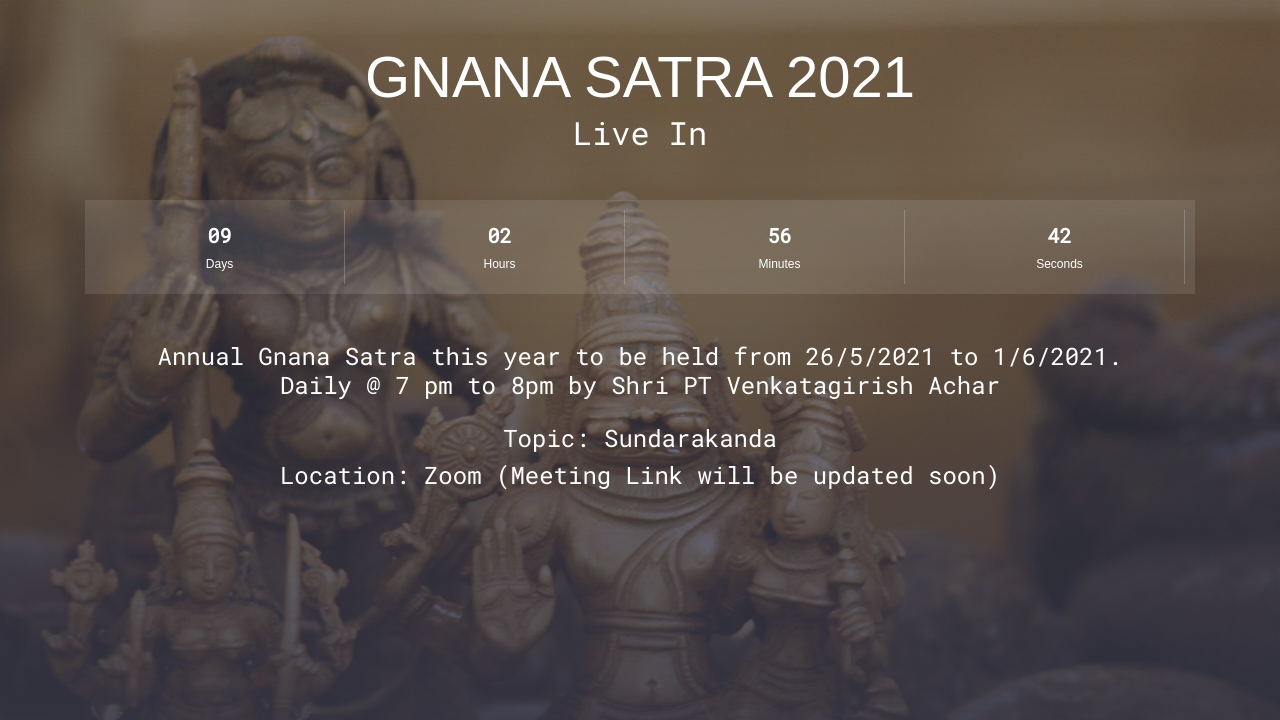
Repository: anirudhbichal/gs
Page: /
These files come from the project's save history. The page is drawn as it stood at one moment and after the next save; the edit follows.
The browser window is 1280 px wide. The pictures show the whole page.
Some web fonts or font styles are not loaded; a fallback is used. The project was rebuilt for these pictures with package versions that can differ from the ones it lists, and the page was loaded fresh each time.

Above is the page before, as saved 2021-05-17 19:08:36.

After the next save:
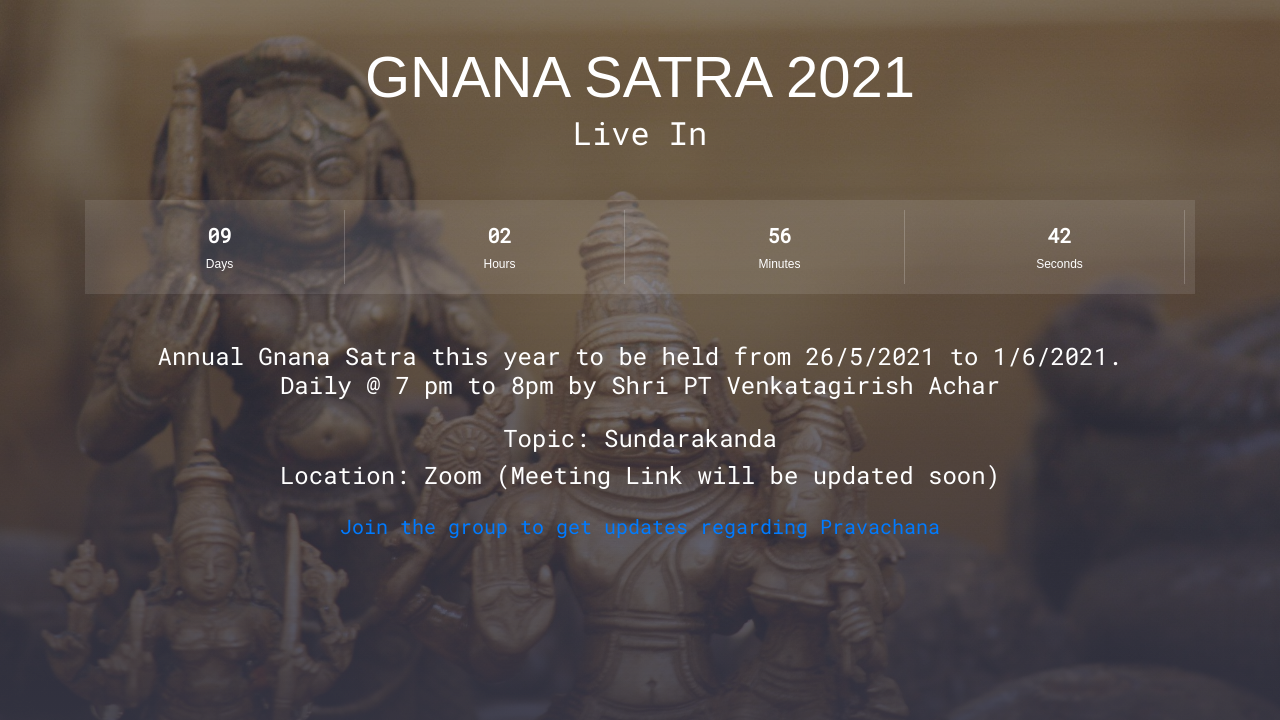
Saved 78 s later.
--- a/src/App.js
+++ b/src/App.js
@@ -23,6 +23,10 @@ function App() {
         <h4>
           Location: Zoom (Meeting Link will be updated soon)
         </h4>
+
+        <h5 className="mt-4">
+          <a href="https://chat.whatsapp.com/Bpkp3Sle3405H2w5DgFScy">Join the group to get updates regarding Pravachana </a>
+        </h5>
       </Container>
     </div>
   );
